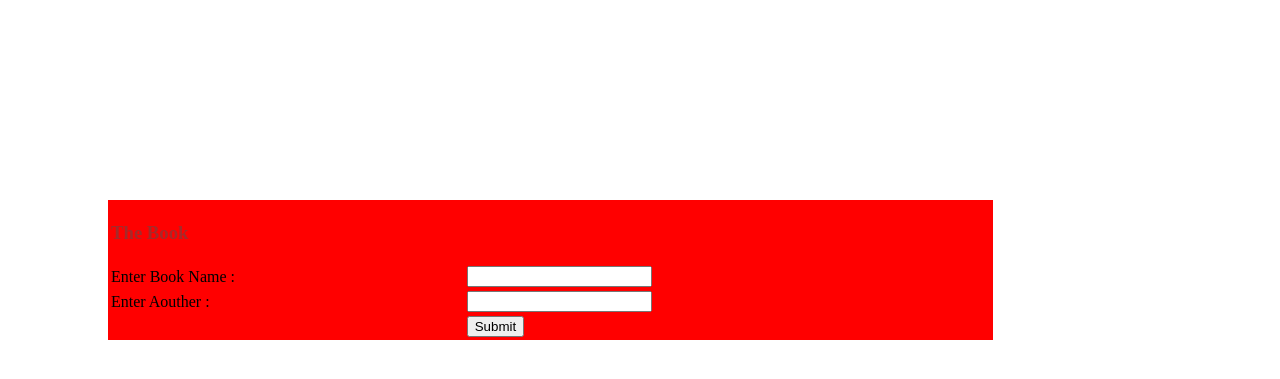
Repository: shulamitProjects/Java
Page: http://localhost/ProjectLibary/AddBook.jsp
These files come from the project's save history. The page is drawn as it stood at one moment and after the next save; the edit follows.
The browser window is 1280 px wide. The pictures show the whole page.
The page is served by Tomcat 10.

Above is the page before, as saved 2024-01-29 10:20:13.

After the next save:
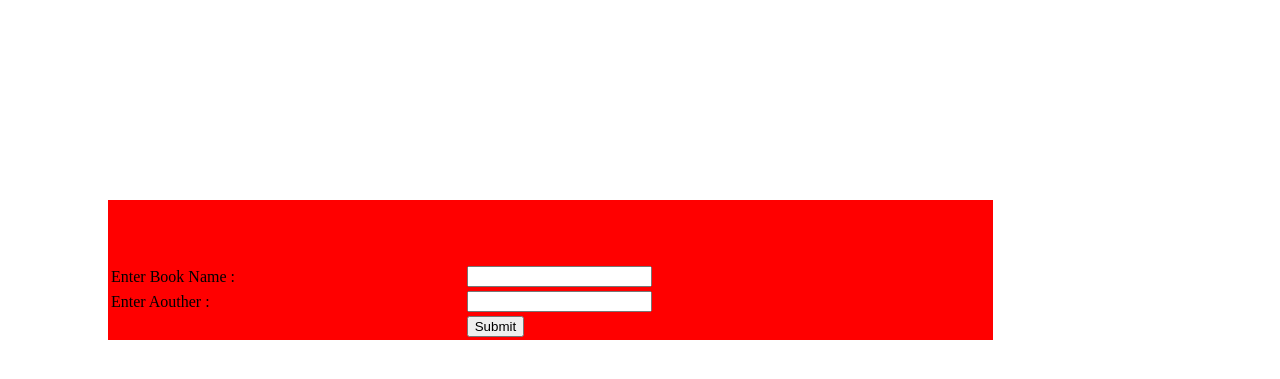
Saved 28 s later.
--- a/project/project_25-01/ProjectLibary/src/main/webapp/AddBook.jsp
+++ b/project/project_25-01/ProjectLibary/src/main/webapp/AddBook.jsp
@@ -14,7 +14,7 @@
 
 			<tr>
 				<td>
-					<h3 style="color: brown">The Book</h3>
+					<h3 style="color: red">The Book</h3>
 				</td>
 			</tr>
 			<tr>
